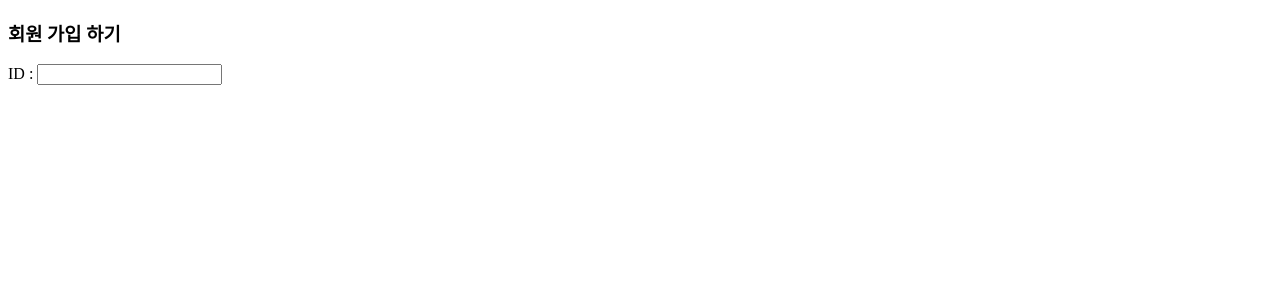
Repository: parkhayoung615/SchoolWebJSP_3
Page: http://localhost/220316/
An editor plug-in stored every save of this project. The page is shown before and after the next save, followed by the edit.
The browser window is 1280 px wide. The pictures show the whole page.
The page is served by Tomcat 9.

Above is the page before, as saved 2022-03-16 00:39:00.

### 220316/220316/WebContent/index.jsp
<%@ page language="java" contentType="text/html; charset=EUC-KR"
    pageEncoding="EUC-KR"%>
<!DOCTYPE html>
<html>
<head>
<meta charset="EUC-KR">
<title>Insert title here</title>
</head>
<body>
	<h3>회원 가입 하기</h3>
	<form action="/Test01/member" method="get">
		ID : <input type="text" name="id"> <br>

	</form>
</body>
</html>

After the next save:
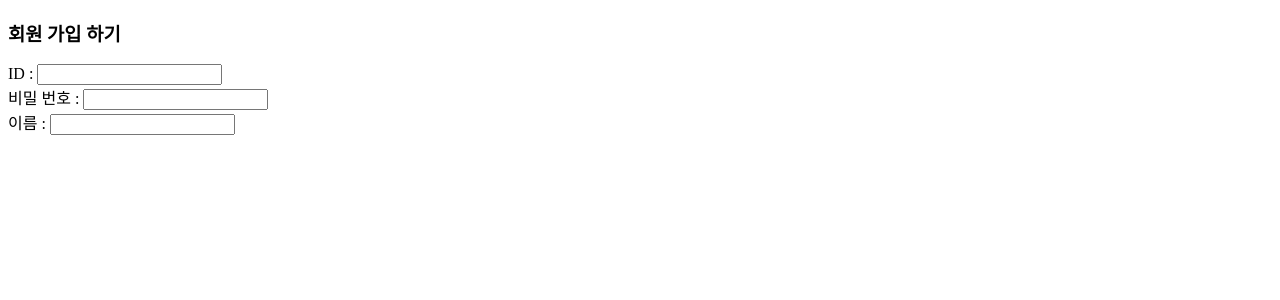
Saved 69 s later.
--- a/220316/220316/WebContent/index.jsp
+++ b/220316/220316/WebContent/index.jsp
@@ -10,6 +10,8 @@
 	<h3>회원 가입 하기</h3>
 	<form action="/Test01/member" method="get">
 		ID : <input type="text" name="id"> <br>
+		비밀 번호 : <input type="password" name="pwd"> <br>
+		이름 : <input type="text" name="name"> <br>
 
 	</form>
 </body>
